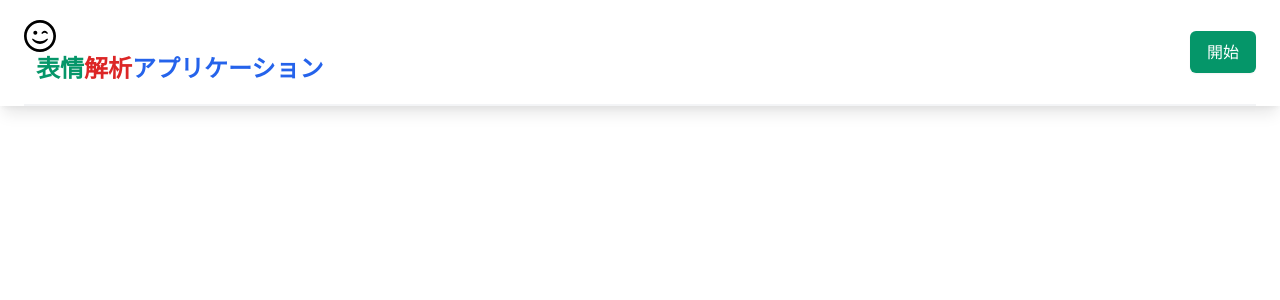
Repository: yun-mh/face-recognition-app
Page: front/index.html
The author's editor kept a record of every edit. The page is drawn from the files as they stood at one moment, then again after the next edit.
The browser window is 1280 px wide. The pictures show the whole page.
Some web libraries are served in a nearby version.

Above is the page before.

### front/index.html
<!DOCTYPE html>
<html>
<head>
  <meta charset="utf-8">
  <title>表情解析アプリケーション</title>
  <link href="https://unpkg.com/tailwindcss@^1.0/dist/tailwind.min.css" rel="stylesheet">
  <link rel="stylesheet" href="https://cdnjs.cloudflare.com/ajax/libs/font-awesome/5.15.1/css/all.min.css" integrity="sha512-+4zCK9k+qNFUR5X+cKL9EIR+ZOhtIloNl9GIKS57V1MyNsYpYcUrUeQc9vNfzsWfV28IaLL3i96P9sdNyeRssA==" crossorigin="anonymous" />
  <style type="text/css">
    [v-cloak] {
        display: none;
    }
  </style>
</head>
<body>
  <div id="app" v-cloak>
    <!--ヘッダー-->
    <div class="fixed w-full bg-white shadow-lg">
      <div class="max-w-7xl mx-auto px-4 sm:px-6">
        <div class="flex justify-between items-center border-b-2 border-gray-100 py-5 md:justify-start md:space-x-10">
          <div class="lg:w-0 lg:flex-1 h-auto justify-between items-center">
            <span>
              <svg xmlns="http://www.w3.org/2000/svg" width="32" height="32" viewBox="0 0 24 24"><path d="M12 2c5.514 0 10 4.486 10 10s-4.486 10-10 10-10-4.486-10-10 4.486-10 10-10zm0-2c-6.627 0-12 5.373-12 12s5.373 12 12 12 12-5.373 12-12-5.373-12-12-12zm5.508 13.941c-1.513 1.195-3.174 1.931-5.507 1.931-2.335 0-3.996-.736-5.509-1.931l-.492.493c1.127 1.72 3.2 3.566 6.001 3.566 2.8 0 4.872-1.846 5.999-3.566l-.492-.493zm-9.008-5.941c-.828 0-1.5.671-1.5 1.5s.672 1.5 1.5 1.5 1.5-.671 1.5-1.5-.672-1.5-1.5-1.5zm9.5 2.002l-.755.506s-.503-.948-1.746-.948c-1.207 0-1.745.948-1.745.948l-.754-.506c.281-.748 1.205-2.002 2.499-2.002 1.295 0 2.218 1.254 2.501 2.002z"/></svg>
            </span>
            <!--<i class="fas fa-smile-wink text-gray-500 text-2xl mr-3"></i>-->
            <span class="ml-3 font-bold text-2xl"><span class="text-green-600">表情</span><span class="text-red-600">解析</span><span class="text-blue-600">アプリケーション</span></span>
          </div>
          <div class="hidden md:flex items-center justify-end space-x-8 md:flex-1 lg:w-0">
            <span class="inline-flex rounded-md shadow-sm">
              <button
                v-bind:disabled="!isVideoSet"
                v-bind:class="{'bg-red-600 hover:bg-red-500 focus:border-red-700 focus:shadow-outline-red active:bg-red-700': isStarted, 'bg-green-600 hover:bg-green-500 focus:border-green-700 focus:shadow-outline-green active:bg-green-700': !isStarted}"
                v-on:click="isStarted = !isStarted, isLoading = 'true', controlVideo()"
                class="cursor-pointer whitespace-no-wrap inline-flex items-center justify-center px-4 py-2 border border-transparent text-base leading-6 font-medium rounded-md text-white focus:outline-none transition ease-in-out duration-150">
                {{ isStarted ? '終了' : '開始' }}
              </button>
            </span>
          </div>
        </div>
      </div>
    </div>

    <!--キャプチャー用canvas-->
    <canvas class="invisible" ref="imageCanvas" width="100" height="75" id="imageCanvas" style="object-fit: contain; position: absolute"></canvas>

    <!--メイン-->
    <div
      class="w-full h-screen flex flex-row pt-16"
      v-bind:class="{'divide-x divide-gray-200': !isLoading && isStarted}"
    >
      <!--映像のためのエレメント設定-->
      <div class="w-3/6">
        <div
          class="flex flex-col h-full justify-center items-center"
          v-bind:class="{'bg-gradient-to-br from-orange-400 via-red-500 to-pink-500': isStarted && result && result.Smile.Value === true && result.Smile.Confidence >= 90}"
        >
          <video ref="video" width="640" height="480" id="video" muted autoplay style="position: relative;"></video>
          <canvas ref="canvas" width="640" height="480" id="canvas" style="object-fit: contain; position: absolute;"></canvas>
        </div>
      </div>

      <!--性別・年齢・特徴結果-->
      <div class="w-1/6 h-full">
        <div v-if="isStarted" class="h-full">
          <div v-if="!isLoading && result" class="flex h-full justify-center pt-10">
            <div class="flex flex-col">
              <!--性別-->
              <div class="px-6 py-5">
                <div class="font-bold text-xl mb-2 text-gray-700">性別</div>
                <div class="flex text-gray-700 text-base items-center">
                  <span v-if="result.Gender.Value === 'Male'">
                    <svg style="fill: blue;" xmlns="http://www.w3.org/2000/svg" width="24" height="24" viewBox="0 0 24 24"><path d="M16 2v2h3.586l-3.972 3.972c-1.54-1.231-3.489-1.972-5.614-1.972-4.97 0-9 4.03-9 9s4.03 9 9 9 9-4.03 9-9c0-2.125-.741-4.074-1.972-5.614l3.972-3.972v3.586h2v-7h-7zm-6 20c-3.86 0-7-3.14-7-7s3.14-7 7-7 7 3.14 7 7-3.14 7-7 7z"/></svg>
                  </span>
                  <span v-else>
                    <svg style="fill: red;" xmlns="http://www.w3.org/2000/svg" width="24" height="24" viewBox="0 0 24 24"><path d="M21 9c0-4.97-4.03-9-9-9s-9 4.03-9 9c0 4.632 3.501 8.443 8 8.941v2.059h-3v2h3v2h2v-2h3v-2h-3v-2.059c4.499-.498 8-4.309 8-8.941zm-16 0c0-3.86 3.14-7 7-7s7 3.14 7 7-3.14 7-7 7-7-3.14-7-7z"/></svg>
                  </span>
                  <span class="ml-2">{{ result.Gender.Value === "Male" ? "男性" : "女性" }}<span class="ml-2 text-gray-500">{{ parseFloat(result.Gender.Confidence).toFixed(1) }} %</span></span>
                </div>
              </div>
              <!--年齢-->
              <div class="px-6 py-5">
                <div class="font-bold text-xl mb-2 text-gray-700">年齢</div>
                <p class="text-gray-700 text-base">
                  {{ result.AgeRange.Low }}~{{ result.AgeRange.High }}歳
                </p>
              </div>
              <!--特徴-->
              <div class="px-6 py-5">
                <div class="font-bold text-xl mb-2 text-gray-700">特徴</div>
                <table v-show="isStarted" class="table-auto">
                  <tbody>
                    <tr>
                      <!--眼鏡-->
                      <td class="border px-4 py-2">
                        <div
                          class="w-12 h-12 mx-auto rounded flex justify-center items-center border border-2 border-gray-400"
                          v-bind:class="{'border-green-500': result && result.Eyeglasses.Value === true && result.Eyeglasses.Confidence >= 85 }"
                        >
                          <i
                            class="fas fa-glasses text-2xl text-gray-400"
                            v-bind:class="{'text-green-500': result && result.Eyeglasses.Value === true && result.Eyeglasses.Confidence >= 85 }"
                          ></i>
                        </div>
                      </td>
                      <!--サングラス-->
                      <td class="border px-4 py-2">
                        <div
                          class="w-12 h-12 mx-auto rounded flex justify-center items-center border border-2 border-gray-400"
                          v-bind:class="{'border-green-500': result && result.Sunglasses.Value === true && result.Sunglasses.Confidence >= 85 }"
                        >
                          <svg v-bind:style="[result && result.Sunglasses.Value === true && result.Sunglasses.Confidence >= 85 ? {fill: 'green'} : {fill: 'lightgray'}]" xmlns="http://www.w3.org/2000/svg" width="24" height="24" viewBox="0 0 24 24"><path d="M17.945 8c-1.139 0-2.377.129-3.395.491-2.283.828-2.791.838-5.102 0-1.016-.362-2.257-.491-3.393-.491-1.971 0-4.17.387-6.055.878v1.789c.848.255 1.068.627 1.203 1.493.381 2.443 1.256 4.84 5.068 4.84 3.037 0 4.051-2.259 4.723-4.345.34-1.06 1.662-1.087 2.008-.015.674 2.089 1.682 4.36 4.725 4.36 3.814 0 4.689-2.397 5.07-4.841.135-.866.355-1.237 1.203-1.493v-1.788c-1.887-.491-4.084-.878-6.055-.878zm-15.472 4.915c-.117-.357-.223-.724-.312-1.101-.352-1.473-.043-1.789.434-2.074.695-.418 1.973-.665 3.295-.732-2.437.554-3.474 1.117-3.417 3.907zm11.75 0c-.117-.357-.223-.724-.312-1.101-.352-1.473-.043-1.789.434-2.074.695-.418 1.973-.665 3.295-.732-2.437.554-3.474 1.117-3.417 3.907z"/></svg>
                        </div>
                      </td>
                    </tr>
                    <tr>
                      <!--口ひげ-->
                      <td class="border px-4 py-2">
                        <div
                          class="w-12 h-12 mx-auto rounded flex justify-center items-center border border-2 border-gray-400"
                          v-bind:class="{'border-orange-500': result && result.Mustache.Value === true && result.Mustache.Confidence >= 85 }"
                        >
                          <svg v-bind:style="[result && result.Mustache.Value === true && result.Mustache.Confidence >= 85 ? {fill: 'orange'} : {fill: 'lightgray'}]" xmlns="http://www.w3.org/2000/svg" width="24px" height="24px" viewBox="0 0 1280.000000 640.000000" preserveAspectRatio="xMidYMid meet"><g transform="translate(0.000000,640.000000) scale(0.100000,-0.100000)" stroke="none"><path d="M5065 4954 c-277 -32 -403 -60 -615 -136 -197 -71 -456 -222 -660 -384 -176 -140 -451 -430 -770 -809 -395 -470 -612 -682 -853 -831 -222 -138 -443 -221 -717 -271 -141 -25 -421 -23 -556 5 -258 52 -417 140 -480 264 -76 150 -70 337 15 461 61 89 186 167 267 167 85 0 149 -79 180 -222 10 -43 22 -78 27 -78 18 0 0 209 -24 285 -77 248 -256 300 -547 159 -157 -76 -253 -197 -304 -381 -28 -101 -30 -338 -4 -451 112 -501 487 -885 1077 -1105 617 -231 1395 -245 2479 -46 282 52 463 96 695 170 656 210 1291 540 1743 906 115 93 283 261 337 336 22 31 43 56 46 57 3 0 22 -24 43 -54 48 -70 247 -266 366 -361 527 -420 1357 -815 2065 -984 270 -64 747 -143 1055 -175 607 -63 1139 -36 1552 80 709 198 1168 616 1294 1176 26 113 24 350 -4 451 -51 184 -147 305 -304 381 -122 59 -203 80 -293 74 -79 -5 -116 -21 -164 -70 -70 -71 -109 -184 -118 -340 -7 -129 6 -142 31 -30 42 195 136 261 276 196 230 -107 308 -373 179 -615 -89 -167 -382 -272 -759 -273 -353 0 -675 94 -989 289 -221 137 -468 376 -821 795 -536 636 -788 875 -1131 1072 -524 302 -1174 381 -1664 201 -197 -73 -364 -183 -515 -340 l-100 -103 -100 103 c-282 293 -656 441 -1100 435 -58 0 -118 -3 -135 -4z"/></g></svg>
                        </div>
                      </td>
                      <!--顎ひげ-->
                      <td class="border px-4 py-2">
                        <div
                          class="w-12 h-12 mx-auto rounded flex justify-center items-center border border-2 border-gray-400"
                          v-bind:class="{'border-orange-500': result && result.Beard.Value === true && result.Beard.Confidence >= 85 }"
                        >
                          <svg v-bind:style="[result && result.Beard.Value === true && result.Beard.Confidence >= 85 ? {fill: 'orange'} : {fill: 'lightgray'}]" xmlns="http://www.w3.org/2000/svg" width="24px" height="24px" viewBox="0 0 1280.000000 763.000000" preserveAspectRatio="xMidYMid meet"><g transform="translate(0.000000,763.000000) scale(0.100000,-0.100000)" stroke="none"><path d="M247 7573 c-3 -16 -17 -82 -31 -148 -83 -392 -154 -909 -192 -1395 -22 -271 -25 -962 -6 -1185 60 -694 181 -1179 402 -1615 123 -240 265 -435 441 -605 118 -114 150 -138 499 -380 1295 -897 2200 -1425 3055 -1780 994 -413 1883 -551 2643 -409 352 65 1010 236 1522 394 1521 471 2684 1053 3266 1634 176 176 260 288 349 465 69 138 71 145 200 826 218 1153 322 1854 381 2565 22 261 25 825 6 985 -19 153 -55 326 -87 415 -27 74 -123 255 -131 247 -3 -2 -54 -152 -113 -333 -399 -1207 -703 -1924 -896 -2114 -109 -107 -263 -209 -485 -320 -376 -188 -878 -359 -1233 -420 -217 -37 -185 -47 -510 157 -672 420 -985 567 -1372 646 -157 31 -463 31 -611 -1 -313 -67 -624 -235 -775 -417 l-61 -74 -50 59 c-28 32 -93 98 -146 146 -79 72 -115 96 -206 140 -257 123 -480 169 -811 168 -223 -1 -329 -11 -550 -55 -556 -110 -1209 -383 -1807 -754 l-121 -76 -66 22 c-218 72 -574 270 -936 521 -315 218 -888 657 -937 719 -110 137 -314 867 -498 1778 -22 112 -43 208 -46 213 -3 4 -22 8 -43 8 -34 0 -39 -3 -44 -27z m6873 -3153 c672 -52 1270 -168 1856 -361 l152 -50 -13 -42 c-133 -439 -392 -796 -680 -937 -142 -69 -216 -85 -400 -84 l-160 0 -295 76 c-505 131 -731 168 -1008 168 -252 0 -410 -28 -727 -125 -311 -95 -540 -122 -792 -94 -444 49 -785 298 -992 723 -55 112 -121 281 -121 310 0 7 74 36 178 69 602 193 1284 314 1997 357 183 10 820 4 1005 -10z"/></g></svg>
                        </div>
                      </td>
                    </tr>
                    <tr>
                      <!--笑い-->
                      <td class="border px-4 py-2">
                        <div
                          class="w-12 h-12 mx-auto rounded flex justify-center items-center border border-2 border-gray-400"
                          v-bind:class="{'border-pink-500': result && result.Smile.Value === true && result.Smile.Confidence >= 85 }"
                        >
                          <svg v-bind:style="[result && result.Smile.Value === true && result.Smile.Confidence >= 85 ? {fill: 'pink'} : {fill: 'lightgray'}]" xmlns="http://www.w3.org/2000/svg" width="24" height="24" viewBox="0 0 24 24"><path d="M12 2c5.514 0 10 4.486 10 10s-4.486 10-10 10-10-4.486-10-10 4.486-10 10-10zm0-2c-6.627 0-12 5.373-12 12s5.373 12 12 12 12-5.373 12-12-5.373-12-12-12zm5.508 13.941c-1.513 1.195-3.174 1.931-5.507 1.931-2.335 0-3.996-.736-5.509-1.931l-.492.493c1.127 1.72 3.2 3.566 6.001 3.566 2.8 0 4.872-1.846 5.999-3.566l-.492-.493zm.492-3.939l-.755.506s-.503-.948-1.746-.948c-1.207 0-1.745.948-1.745.948l-.754-.506c.281-.748 1.205-2.002 2.499-2.002 1.295 0 2.218 1.254 2.501 2.002zm-7 0l-.755.506s-.503-.948-1.746-.948c-1.207 0-1.745.948-1.745.948l-.754-.506c.281-.748 1.205-2.002 2.499-2.002 1.295 0 2.218 1.254 2.501 2.002z"/></svg>
                        </div>
                      </td>
                      <!--マスク-->
                      <td class="border px-4 py-2">
                        <div
                          class="w-12 h-12 mx-auto rounded flex justify-center items-center border border-2 border-gray-400"
                          v-bind:class="{'border-red-500': result && result.Mask !== false }"
                        >
                          <i
                            class="fas fa-head-side-mask text-2xl text-gray-400"
                            v-bind:class="{'text-red-500': result && result.Mask !== false }"
                          ></i>
                        </div>
                      </td>
                    </tr>
                  </tbody>
                </table>
              </div>
            </div>
          </div>
        </div>
      </div>

      <!--ローダー-->
      <div v-if="isStarted && isLoading" class="w-2/6 h-full">
        <div class="flex h-full items-center justify-start">
          <div class="flex flex-col justify-center items-center">
            <i class="fas fa-spinner fa-spin text-blue-300 text-6xl"></i>
            <span class="mt-3 text-blue-500">認識・解析中…</span>
          </div>
        </div>
      </div>

      <!--感情結果-->
      <div v-show="!isLoading" class="w-2/6 flex h-full justify-center pt-10">
        <div class="w-3/4">
          <div v-show="isStarted" class="flex flex-col">
            <!--感情グラフ-->
            <div v-show="!isLoading && result">
              <div class="px-6 py-5">
                <div class="font-bold text-xl mb-2 text-gray-700">感情グラフ</div>
                <canvas class="mx-auto" id="chart" width="200" height="200"></canvas>
              </div>
            </div>

            <!--感情詳細  -->
            <div class="px-6 py-5">
              <div class="font-bold text-xl mb-2 text-gray-700">感情詳細</div>
              <table v-if="emotions !== ''" class="w-full">
                <tbody>
                  <tr>
                    <td class="pr-4 py-2 w-1/2">
                      <div class="flex items-center text-gray-900">
                        <i class="far fa-meh text-4xl text-teal-400"></i>
                        <span class="ml-2">穏やか</span>
                        <span class="ml-1 text-sm leading-5 text-gray-500 text-sm">
                          {{ parseFloat(emotions.calm.Confidence).toFixed(1) }} %
                        </span>
                      </div>
                    </td>
                    <td class="pr-4 py-2 w-1/2">
                      <div class="flex items-center text-gray-900">
                        <i class="far fa-meh text-4xl text-green-400"></i>
                        <span class="ml-2">幸せ</span>
                        <span class="ml-1 text-sm leading-5 text-gray-500 text-sm">
                          {{ parseFloat(emotions.happy.Confidence).toFixed(1) }} %
                        </span>
                      </div>
                    </td>
                  </tr>
                  <tr>
                    <td class="pr-4 py-2 w-1/2">
                      <div class="flex items-center text-gray-900">
                        <i class="far fa-surprise text-4xl text-orange-400"></i>
                        <span class="ml-2">驚き</span>
                        <span class="ml-1 text-sm leading-5 text-gray-500 text-sm">
                          {{ parseFloat(emotions.surprised.Confidence).toFixed(1) }} %
                        </span>
                      </div>
                    </td>
                    <td class="pr-4 py-2 w-1/2">
                      <div class="flex items-center text-gray-900">
                        <i class="far fa-sad-tear text-4xl text-blue-400"></i>
                        <span class="ml-2">悲しさ</span>
                        <span class="ml-1 text-sm leading-5 text-gray-500 text-sm">
                          {{ parseFloat(emotions.sad.Confidence).toFixed(1) }} %
                        </span>
                      </div>
                    </td>
                  </tr>
                  <tr>
                    <td class="pr-4 py-2 w-1/2">
                      <div class="flex items-center text-gray-900">
                        <i class="far fa-grimace text-4xl text-purple-400"></i>
                        <span class="ml-2">恐怖</span>
                        <span class="ml-1 text-sm leading-5 text-gray-500 text-sm">
                          {{ parseFloat(emotions.fear.Confidence).toFixed(1) }} %
                        </span>
                      </div>
                    </td>
                    <td class="pr-4 py-2 w-1/2">
                      <div class="flex items-center text-gray-900">
                        <i class="far fa-angry text-4xl text-red-400"></i>
                        <span class="ml-2">怒り</span>
                        <span class="ml-1 text-sm leading-5 text-gray-500 text-sm">
                          {{ parseFloat(emotions.angry.Confidence).toFixed(1) }} %
                        </span>
                      </div>
                    </td>
                  </tr>
                  <tr>
                    <td class="pr-4 py-2 w-1/2">
                      <div class="flex items-center text-gray-900">
                        <i class="far fa-flushed text-4xl text-pink-400"></i>
                        <span class="ml-2">混乱</span>
                        <span class="ml-1 text-sm leading-5 text-gray-500 text-sm">
                          {{ parseFloat(emotions.confused.Confidence).toFixed(1) }} %
                        </span>
                      </div>
                    </td>
                    <td class="pr-4 py-2 w-1/2">
                      <div class="flex items-center text-gray-900">
                        <i class="far fa-tired text-4xl text-gray-400"></i>
                        <span class="ml-2">嫌悪</span>
                        <span class="ml-1 text-sm leading-5 text-gray-500 text-sm">
                          {{ parseFloat(emotions.disgusted.Confidence).toFixed(1) }} %
                        </span>
                      </div>
                    </td>
                  </tr>
                </tbody>
              </table>
            </div>
          </div>
        </div>
      </div>
    </div>
  </div>

  <script src="https://cdn.jsdelivr.net/npm/vue@2.x/dist/vue.js"></script>
  <script src="https://cdnjs.cloudflare.com/ajax/libs/Chart.js/2.9.4/Chart.min.js" integrity="sha512-d9xgZrVZpmmQlfonhQUvTR7lMPtO7NkZMkA0ABN3PHCbKA5nqylQ/yWlFAyY6hYgdF1Qh6nYiuADWwKB4C2WSw==" crossorigin="anonymous"></script>
  <script src="https://unpkg.com/axios@0.18.0/dist/axios.min.js"></script>
  <script src="./main.js"></script>
</body>
</html>

Loaded but not shown: front/main.js (208 lines, source omitted)

After the next edit:
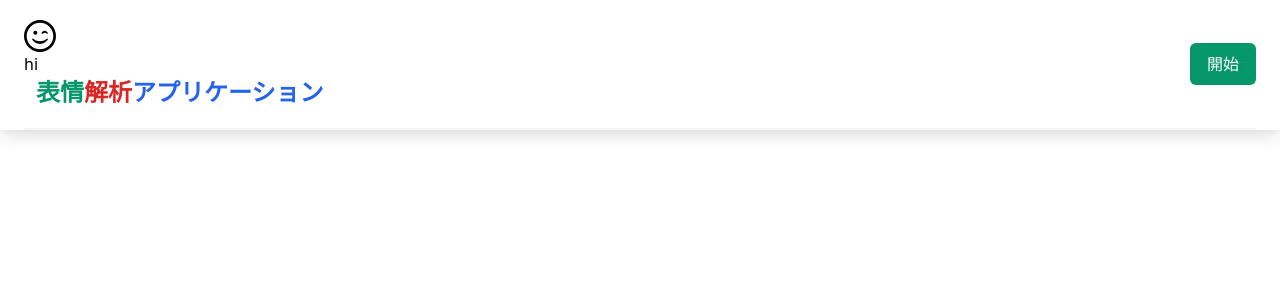
The edit:
--- a/front/index.html
+++ b/front/index.html
@@ -18,9 +18,8 @@
       <div class="max-w-7xl mx-auto px-4 sm:px-6">
         <div class="flex justify-between items-center border-b-2 border-gray-100 py-5 md:justify-start md:space-x-10">
           <div class="lg:w-0 lg:flex-1 h-auto justify-between items-center">
-            <span>
-              <svg xmlns="http://www.w3.org/2000/svg" width="32" height="32" viewBox="0 0 24 24"><path d="M12 2c5.514 0 10 4.486 10 10s-4.486 10-10 10-10-4.486-10-10 4.486-10 10-10zm0-2c-6.627 0-12 5.373-12 12s5.373 12 12 12 12-5.373 12-12-5.373-12-12-12zm5.508 13.941c-1.513 1.195-3.174 1.931-5.507 1.931-2.335 0-3.996-.736-5.509-1.931l-.492.493c1.127 1.72 3.2 3.566 6.001 3.566 2.8 0 4.872-1.846 5.999-3.566l-.492-.493zm-9.008-5.941c-.828 0-1.5.671-1.5 1.5s.672 1.5 1.5 1.5 1.5-.671 1.5-1.5-.672-1.5-1.5-1.5zm9.5 2.002l-.755.506s-.503-.948-1.746-.948c-1.207 0-1.745.948-1.745.948l-.754-.506c.281-.748 1.205-2.002 2.499-2.002 1.295 0 2.218 1.254 2.501 2.002z"/></svg>
-            </span>
+              <svg class="block" xmlns="http://www.w3.org/2000/svg" width="32" height="32" viewBox="0 0 24 24"><path d="M12 2c5.514 0 10 4.486 10 10s-4.486 10-10 10-10-4.486-10-10 4.486-10 10-10zm0-2c-6.627 0-12 5.373-12 12s5.373 12 12 12 12-5.373 12-12-5.373-12-12-12zm5.508 13.941c-1.513 1.195-3.174 1.931-5.507 1.931-2.335 0-3.996-.736-5.509-1.931l-.492.493c1.127 1.72 3.2 3.566 6.001 3.566 2.8 0 4.872-1.846 5.999-3.566l-.492-.493zm-9.008-5.941c-.828 0-1.5.671-1.5 1.5s.672 1.5 1.5 1.5 1.5-.671 1.5-1.5-.672-1.5-1.5-1.5zm9.5 2.002l-.755.506s-.503-.948-1.746-.948c-1.207 0-1.745.948-1.745.948l-.754-.506c.281-.748 1.205-2.002 2.499-2.002 1.295 0 2.218 1.254 2.501 2.002z"/></svg>
+            <div>hi</div>
             <!--<i class="fas fa-smile-wink text-gray-500 text-2xl mr-3"></i>-->
             <span class="ml-3 font-bold text-2xl"><span class="text-green-600">表情</span><span class="text-red-600">解析</span><span class="text-blue-600">アプリケーション</span></span>
           </div>
